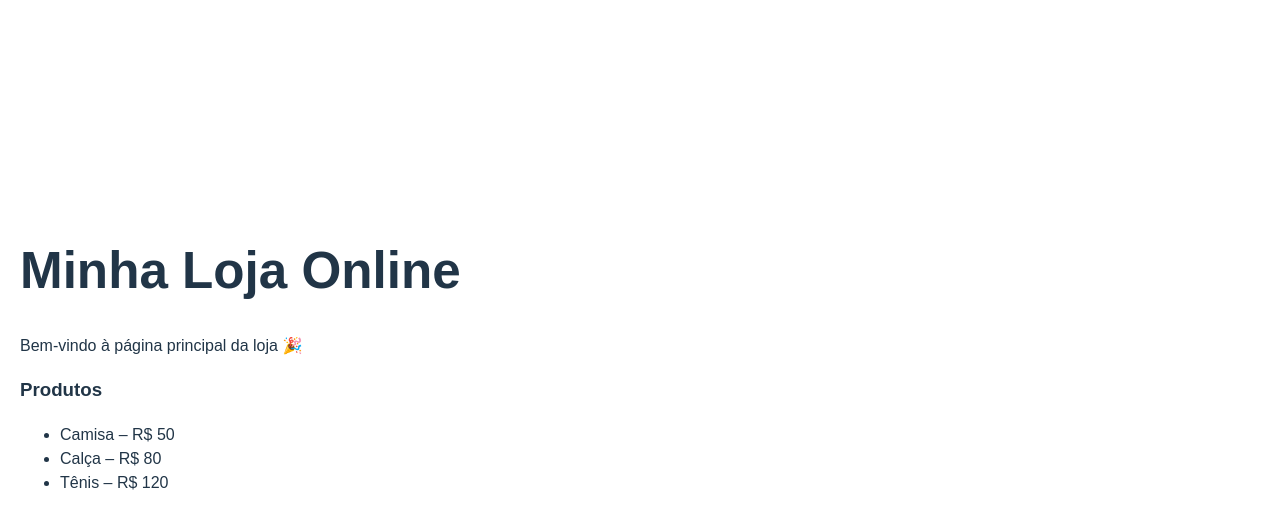
Repository: cleytonds/loja-online
Page: /
The author's editor kept a copy of each file at every save. The page is drawn from the files as they stood at one save, then again after the next save.
The browser window is 1280 px wide. The pictures show the whole page.
The project was rebuilt for these pictures with package versions that can differ from the ones it lists, and the page was loaded fresh each time.

Above is the page before, as saved 2026-02-22 19:59:50.

After the next save:
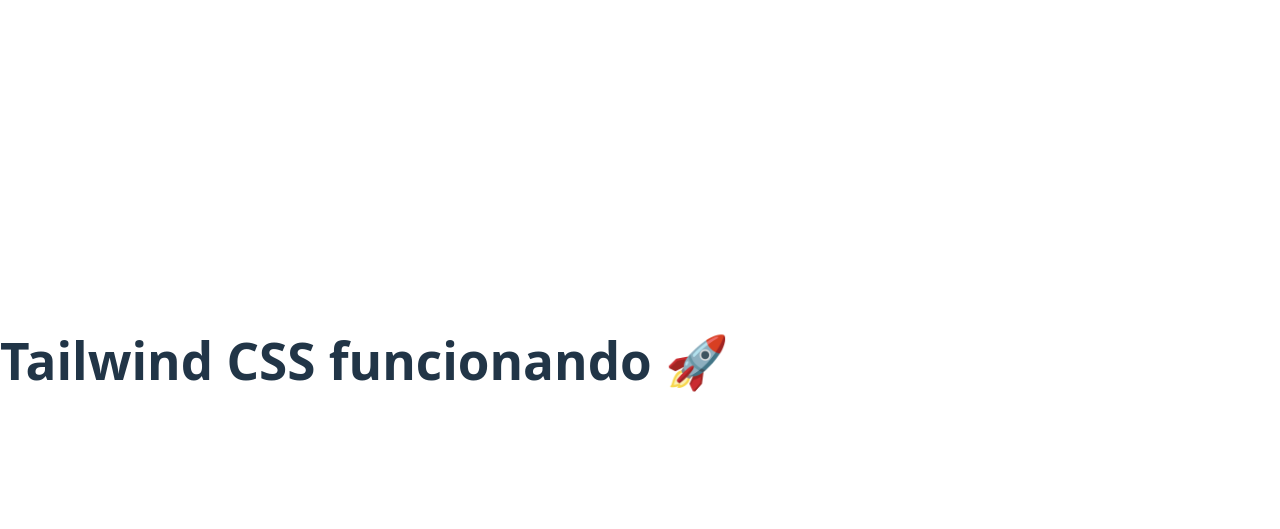
Saved 6 min 11 s later.
--- a/src/pages/Home.jsx
+++ b/src/pages/Home.jsx
@@ -1,15 +1,9 @@
 function Home() {
   return (
-    <div style={{ padding: '20px', fontFamily: 'Arial' }}>
-      <h1>Minha Loja Online</h1>
-      <p>Bem-vindo à página principal da loja 🎉</p>
-
-      <h3>Produtos</h3>
-      <ul>
-        <li>Camisa – R$ 50</li>
-        <li>Calça – R$ 80</li>
-        <li>Tênis – R$ 120</li>
-      </ul>
+    <div className="min-h-screen bg-gray-100 flex items-center justify-center">
+      <h1 className="text-4xl font-bold text-blue-600">
+        Tailwind CSS funcionando 🚀
+      </h1>
     </div>
   )
 }
